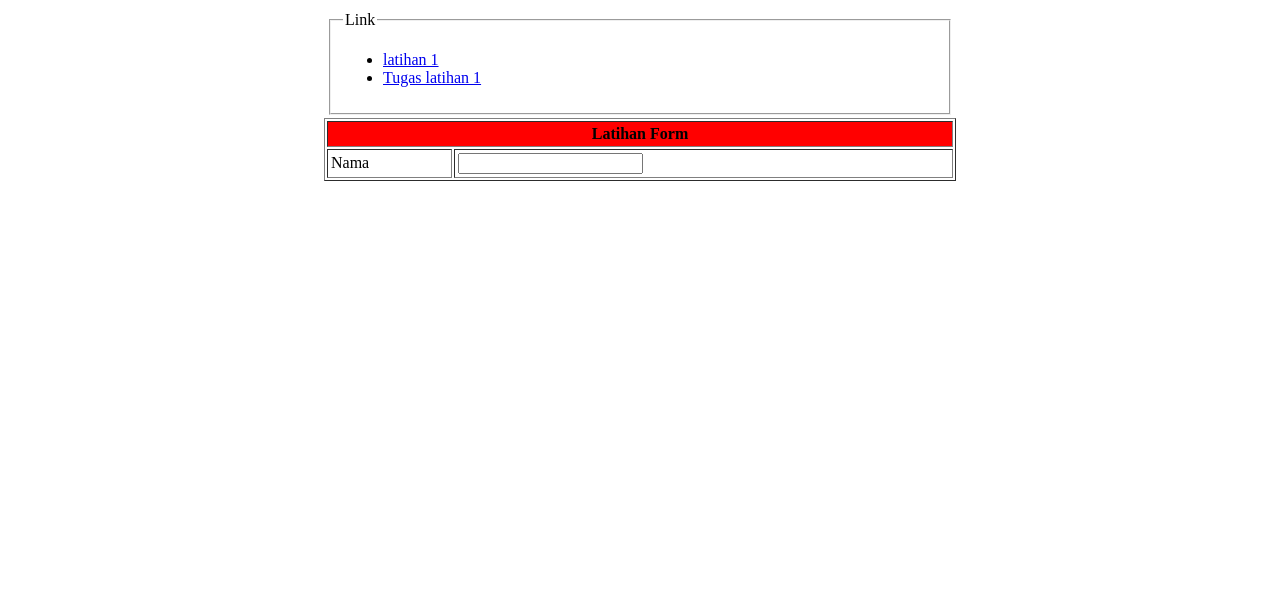
Repository: AHSANS354/tugas-sib5
Page: latihanform.html
An editor plug-in stored every save of this project. The page is shown before and after the next save, followed by the edit.
The browser window is 1280 px wide. The pictures show the whole page.

Above is the page before, as saved 2023-08-21 11:29:45.

After the next save:
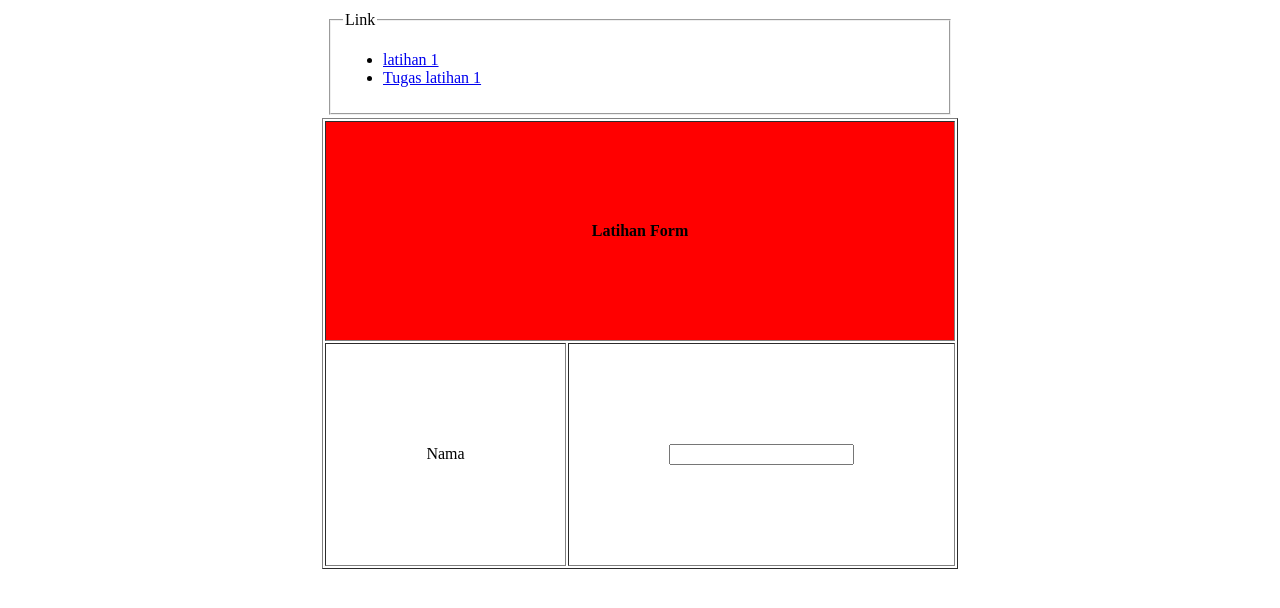
Saved 11 s later.
--- a/latihanform.html
+++ b/latihanform.html
@@ -24,7 +24,7 @@
       </tr>
     </table>
 
-    <table border="1" width="50%" align="center" cellpadding="3">
+    <table border="1" width="50%" align="center" cellpadding="100">
       <tr>
         <th colspan="2" bgcolor="red">Latihan Form</th>
       </tr>
